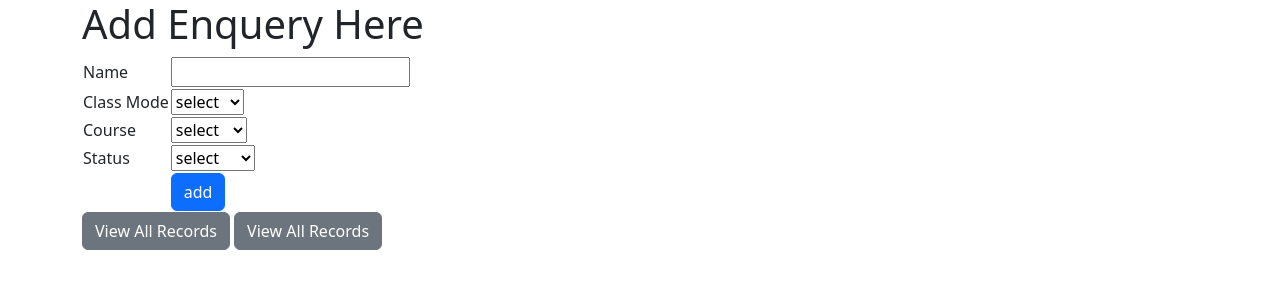
Repository: SaiKumarMupparapu/mini_projects
Page: http://localhost/enquiry
An editor plug-in stored every save of this project. The page is shown before and after the next save, followed by the edit.
The browser window is 1280 px wide. The pictures show the whole page.
The page is this project's Thymeleaf template; nobody is signed in. The template is opened directly, without the code that normally fills it, so the values that code supplies are empty.

Above is the page before, as saved 2024-04-02 10:45:48.

### Counsellors_portal/src/main/resources/templates/enquiry.html
<!doctype html>
<html lang="en">

<head>
	<meta charset="utf-8">
	<meta name="viewport" content="width=device-width, initial-scale=1">
	<title>Enquiry Form</title>
	<link href="https://cdn.jsdelivr.net/npm/bootstrap@5.3.3/dist/css/bootstrap.min.css" rel="stylesheet"
		integrity="sha384-QWTKZyjpPEjISv5WaRU9OFeRpok6YctnYmDr5pNlyT2bRjXh0JMhjY6hW+ALEwIH" crossorigin="anonymous">

</head>

<body>
	<div class="container">
		<b th:text="${smsg}" style="color: green;"></b>
		<b th:text="${emsg}" style="color: red;"></b>

	</div>
	<div class="container">
		<h1>Add Enquery Here</h1>
		<table>
			<form th:object="${enq}" th:action="@{/add}" method="post">
				<tr>
					<td>Name</td>
					<td><input type="text" th:field="*{name}"></td>
				</tr>
				<tr>
					<td>Class Mode</td>
					<td>
						<select name="" id="" th:field="*{classMode}">
							<option value="">select</option>
							<option value="Online">Online</option>
							<option value="Offline">Offline</option>
						</select>
					</td>
				</tr>
				<tr>
					<td>Course</td>
					<td>
						<select name="" id="" th:field="*{course}">
							<option value="">select</option>
							<option value="Java">Java</option>
							<option value="Python">Python</option>
							<option value="PHP">PHP</option>
						</select>
					</td>
				</tr>
				<tr>
					<td>Status</td>
					<td>
						<select name="" id="" th:field="*{status}">
							<option value="">select</option>
							<option value="New">new</option>
							<option value="Enrolled">Enrolled</option>
							<option value="Lost">Lost</option>
						</select>
					</td>
				</tr>
				<tr>
					<td></td>
					<td><input type="submit" class="btn btn-primary" value="add"></td>
				</tr>

			</form>
		</table>



	</div>

	<div class="container">

		<a href="/view" class="btn btn-secondary">View All Records</a>
		<a href="/view" class="btn btn-secondary">View All Records</a>
	</div>

	<script src="https://cdn.jsdelivr.net/npm/bootstrap@5.3.3/dist/js/bootstrap.bundle.min.js"
		integrity="sha384-YvpcrYf0tY3lHB60NNkmXc5s9fDVZLESaAA55NDzOxhy9GkcIdslK1eN7N6jIeHz"
		crossorigin="anonymous"></script>
</body>

</html>

After the next save:
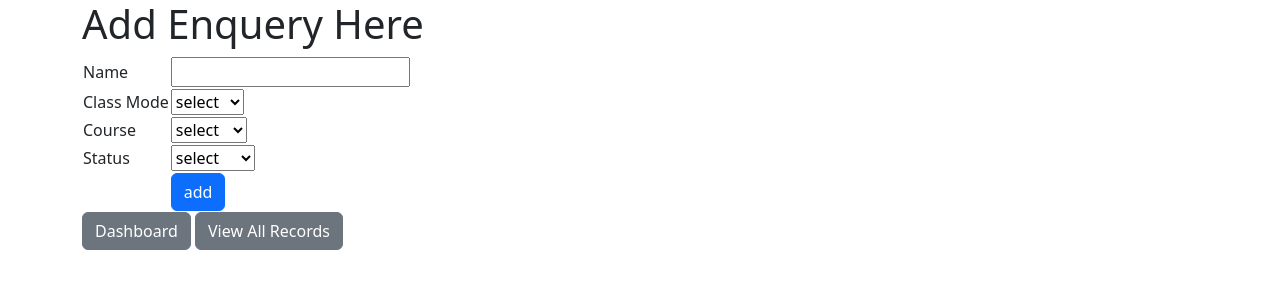
Saved 18 s later.
--- a/Counsellors_portal/src/main/resources/templates/enquiry.html
+++ b/Counsellors_portal/src/main/resources/templates/enquiry.html
@@ -70,7 +70,7 @@
 
 	<div class="container">
 
-		<a href="/view" class="btn btn-secondary">View All Records</a>
+		<a href="/dashboard" class="btn btn-secondary">Dashboard</a>
 		<a href="/view" class="btn btn-secondary">View All Records</a>
 	</div>
 
